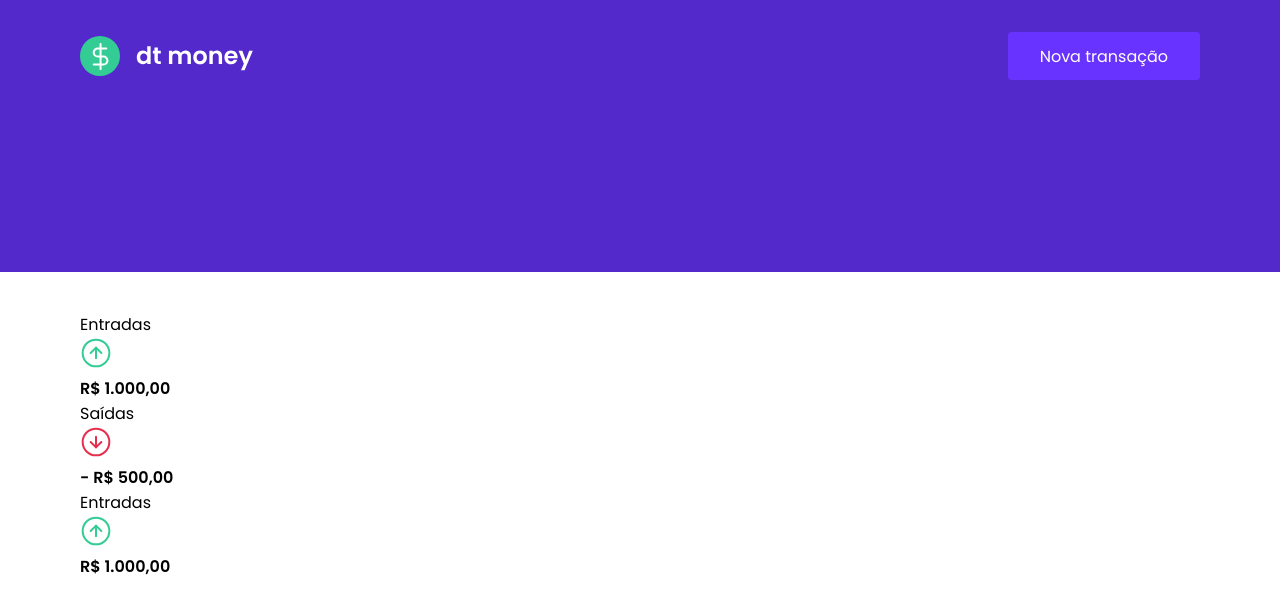
Repository: lucaslopesdevv/dtmoney
Page: /
An editor plug-in stored every save of this project. The page is shown before and after the next save, followed by the edit.
The browser window is 1280 px wide. The pictures show the whole page.
The project was rebuilt for these pictures with package versions that can differ from the ones it lists, and the page was loaded fresh each time.

Above is the page before, as saved 2021-12-06 21:09:30.

### public/index.html
<!DOCTYPE html>
<html lang="en">
  <head>
    <link rel="preconnect" href="https://fonts.googleapis.com">
    <link rel="preconnect" href="https://fonts.gstatic.com" crossorigin>
    <meta charset="utf-8" />
    <meta name="viewport" content="width=device-width, initial-scale=1" />

<Link rel="shortcut icon" href="favicon.png" type="image/png"/>

    <title>Dtmoney</title>
    <link href="https://fonts.googleapis.com/css2?family=Poppins:wght@400;600&family=Roboto:wght@400;700&display=swap" rel="stylesheet">


  </head>
  <body>
    <noscript>You need to enable JavaScript to run this app.</noscript>
    <div id="root"></div>
  </body>
</html>

### src/App.tsx

import { Dashboard } from "./components/Header/Dashboard";
import { Header } from "./components/Header/index";
import { GlobalStyle } from "./styles/global";

export function App() {
  return (
    <>
      <Header />
      <Dashboard />
      <GlobalStyle />
    </>
  );
}

### src/components/Header/Dashboard/index.tsx
import { Summary } from '../../Summary';

import { Container } from './styles';


export function Dashboard() {
    return (
        <Container>
            <Summary />
        </Container>
    );
}

### src/components/Header/index.tsx
import logoImg from '../../assets/logo.svg';
import { Container, Content } from './styles';

export function Header() {
    return (
        <Container>
            <Content>
                <img src={logoImg} alt="dt money" />
                <button type="button">
                    Nova transação
                </button>
            </Content>
        </Container>
    )
}

### src/styles/global.ts
import { createGlobalStyle } from 'styled-components';

export const GlobalStyle = createGlobalStyle`
:root {
    --background: #F0F2F5;
    --red: #e52e4d;
    --blue: #5429cc;
    --blue-light: #6933ff;

    --text-title: #363f5f;
    --text-body: #969cb3;

    --shape: #ffffff;
}
    *{
        margin: 0;
        padding: 0;
        box-sizing: boder-box;
    }

/*font-size: 16px (Desktop)*/

html {
    @media (max-width: 1080px){
        font-size: 93.75%; /*15px*/
    }

    @media (max-width: 720px){
        font-size: 87.5%; /*14px*/
    }
}

    body {
        background-color: var(---background);
        -webkit-font-smoothing: antialiased;
    }

    body, input, textarea, button {
        font-family: 'Poppins', sans-serif;
        font-weight: 400;
    }

    h1, h2, h3, h4, h5, h6, strong{
        font-weight: 600;
    }

    button{
        cursor: pointer;
    }

    [disabled] {
        opacity: 0.6;
        cursor: not-allowed;
    }


`

### src/components/Summary/index.tsx
import incomeImg from '../../assets/income.svg';
import outcomeImg from '../../assets/outcome.svg';
import totalImg from '../../assets/total.svg';

import { Container } from './styles';

export function Summary() {
    return (
        <Container>
            <div>
                <header>
                    <p>Entradas</p>
                    <img src={incomeImg} alt="Entradas" />
                </header>
                <strong>R$ 1.000,00</strong>
            </div>

            <div>
                <header>
                    <p>Saídas</p>
                    <img src={outcomeImg} alt="Entradas" />
                </header>
                <strong>- R$ 500,00</strong>
            </div>

            <div>
                <header>
                    <p>Entradas</p>
                    <img src={incomeImg} alt="Entradas" />
                </header>
                <strong>R$ 1.000,00</strong>
            </div>
        </Container>
    )
}

### src/components/Header/Dashboard/styles.ts
import styled from "styled-components";

export const Container = styled.main`

    max-width: 1120px;
    margin: 0 auto;
    padding: 2.5rem 1rem;
`;

### src/components/Header/styles.ts
import styled from 'styled-components';

export const Container = styled.header`
background: var(--blue);

`;

export const Content = styled.div`
    max-width: 1120px;
    margin: 0 auto;

    padding: 2rem 1rem 12rem;
    display: flex;
    align-items: center;
    justify-content: space-between;

button{
    font-size: 1rem;
    color: #FFF;
    background: var(--blue-light);
    border: 0;
    padding: 0 2rem;
    border-radius: 0.25rem;
    height: 3rem;

    transition: filter 0.2s;

    &:hover{
        filter: brightness(0.9);
    }
}
`;

Loaded but not shown: src/index.tsx (common file); src/components/Summary/styles.ts (common file)

After the next save:
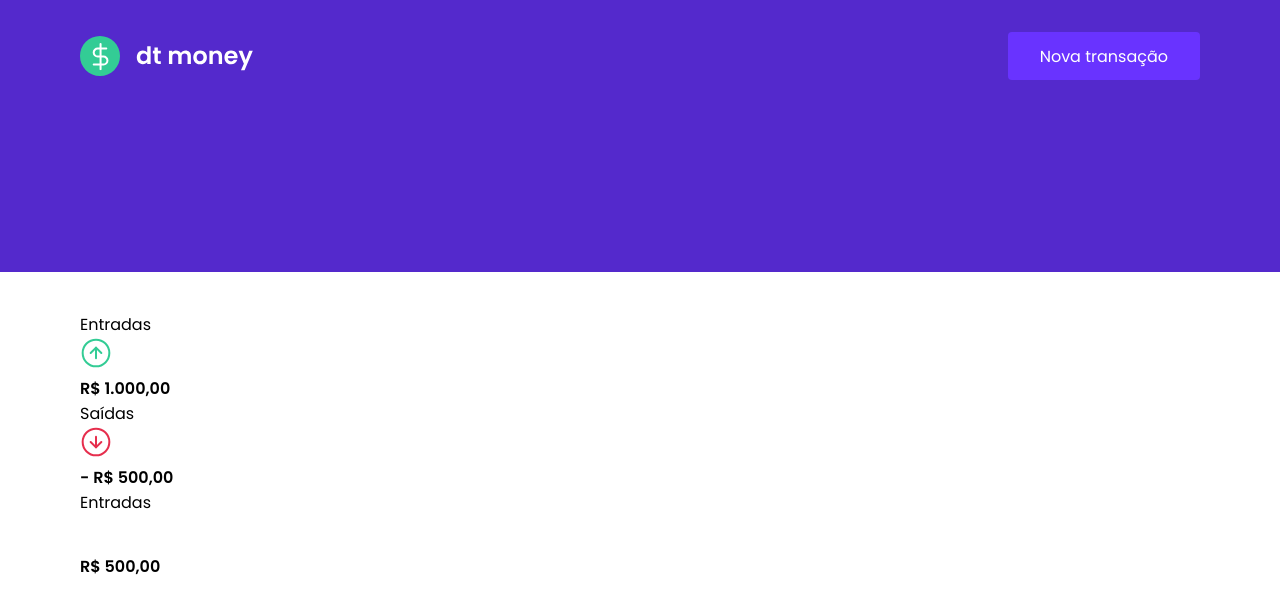
Saved 18 s later.
--- a/src/components/Summary/index.tsx
+++ b/src/components/Summary/index.tsx
@@ -18,7 +18,7 @@ export function Summary() {
             <div>
                 <header>
                     <p>Saídas</p>
-                    <img src={outcomeImg} alt="Entradas" />
+                    <img src={outcomeImg} alt="Saídas" />
                 </header>
                 <strong>- R$ 500,00</strong>
             </div>
@@ -26,9 +26,9 @@ export function Summary() {
             <div>
                 <header>
                     <p>Entradas</p>
-                    <img src={incomeImg} alt="Entradas" />
+                    <img src={totalImg} alt="Total" />
                 </header>
-                <strong>R$ 1.000,00</strong>
+                <strong>R$ 500,00</strong>
             </div>
         </Container>
     )
